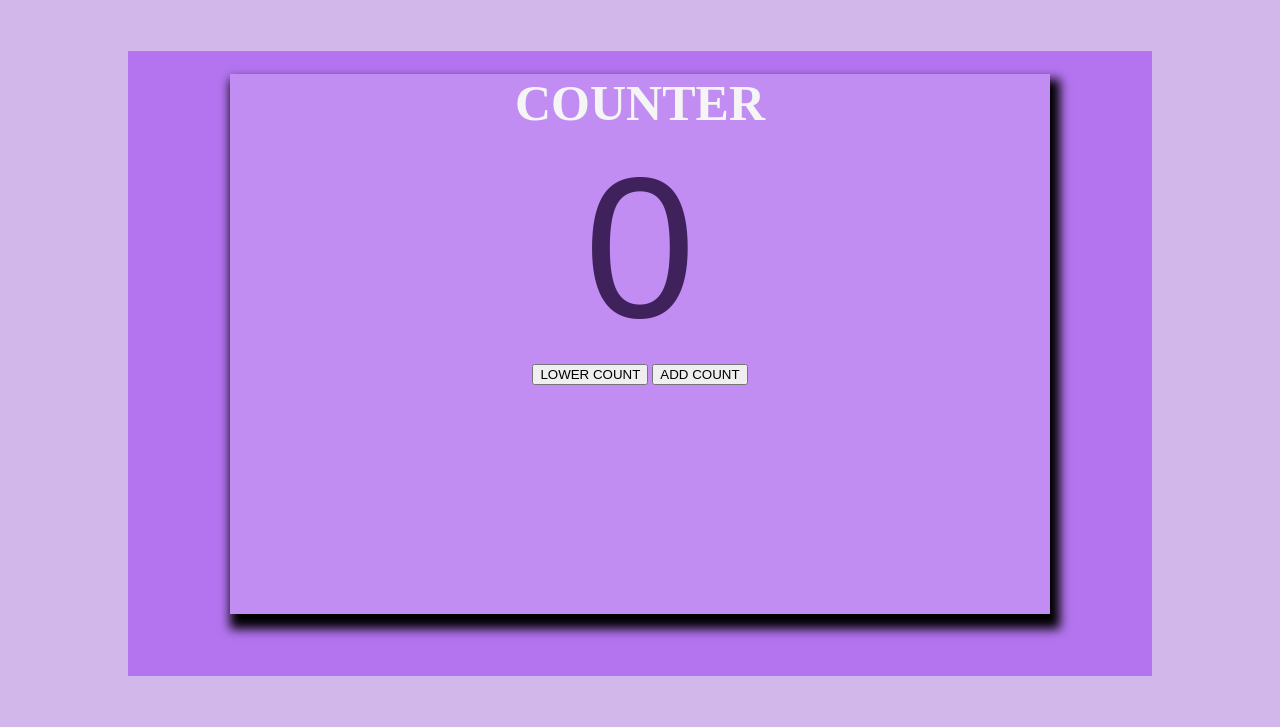
Repository: AnahitKhechumyan/Counter
Page: index.html
The author's editor kept a copy of each file at every save. The page is drawn from the files as they stood at one save, then again after the next save.
The browser window is 1280 px wide. The pictures show the whole page.

Above is the page before, as saved 2022-02-14 17:47:07.

### index.html
<!DOCTYPE html>
<html lang="en">
<head>
    <meta charset="UTF-8">
    <meta http-equiv="X-UA-Compatible" content="IE=edge">
    <meta name="viewport" content="width=device-width, initial-scale=1.0">
    <link rel="stylesheet" href="style.css">
    <script src= "./script.js"></script>
    <title>Document</title>
</head>
<body>
    <div class="container">
        <div class="main">
            <div class="header">COUNTER</div>
            <input type= "text" value = "0"/>
            <div class = "change">
                 <button id ="decrement" type="button">LOWER COUNT</button>
                 <button id ="increment" type="button">ADD COUNT</button>
            </div>
        </div>
    </div>
    <script src= "./script.js"></script>
</body>
</html>

### style.css
body{
    margin: 0;
    background-color: rgb(210, 183, 235);
}
.container{
    background-color: rgb(180, 116, 240);
    width: 80%;
    height: 85vh;
    margin: 4% 10%;
    padding-top: 1%;

}
.main{
    background-color: rgb(194, 141, 243);
    width: 80%;
    height: 75vh;
    margin: 1% 10%;
    box-shadow: 5px 10px 10px 5px;
    text-align: center;
}
.header{
    text-align: center;
    color:whitesmoke;
    font-size: 50px;
    font-weight: 700;
}

input{
    background-color:rgb(194, 141, 243) ;
    width: 20%;
    border:none;
    font-size:200px;
    color:rgb(63, 33, 92);
    text-align: center;
}

#decrement{

}
#increment{

}

Loaded but not shown: script.js (no copy from this time; the picture is the same without it)

After the next save:
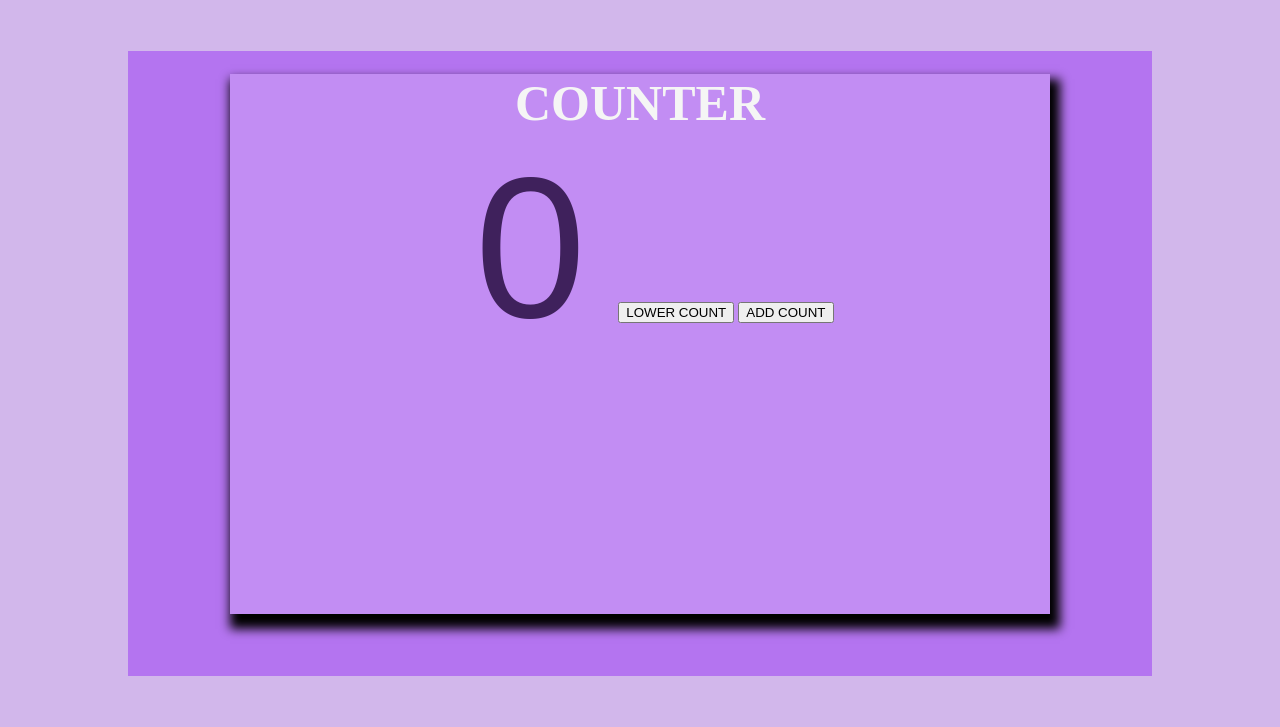
Saved 103 s later.
--- a/style.css
+++ b/style.css
@@ -33,7 +33,10 @@
     color:rgb(63, 33, 92);
     text-align: center;
 }
+ .change{
+   display: inline;
 
+ }
 #decrement{
 
 }

After the 2 saves that followed:
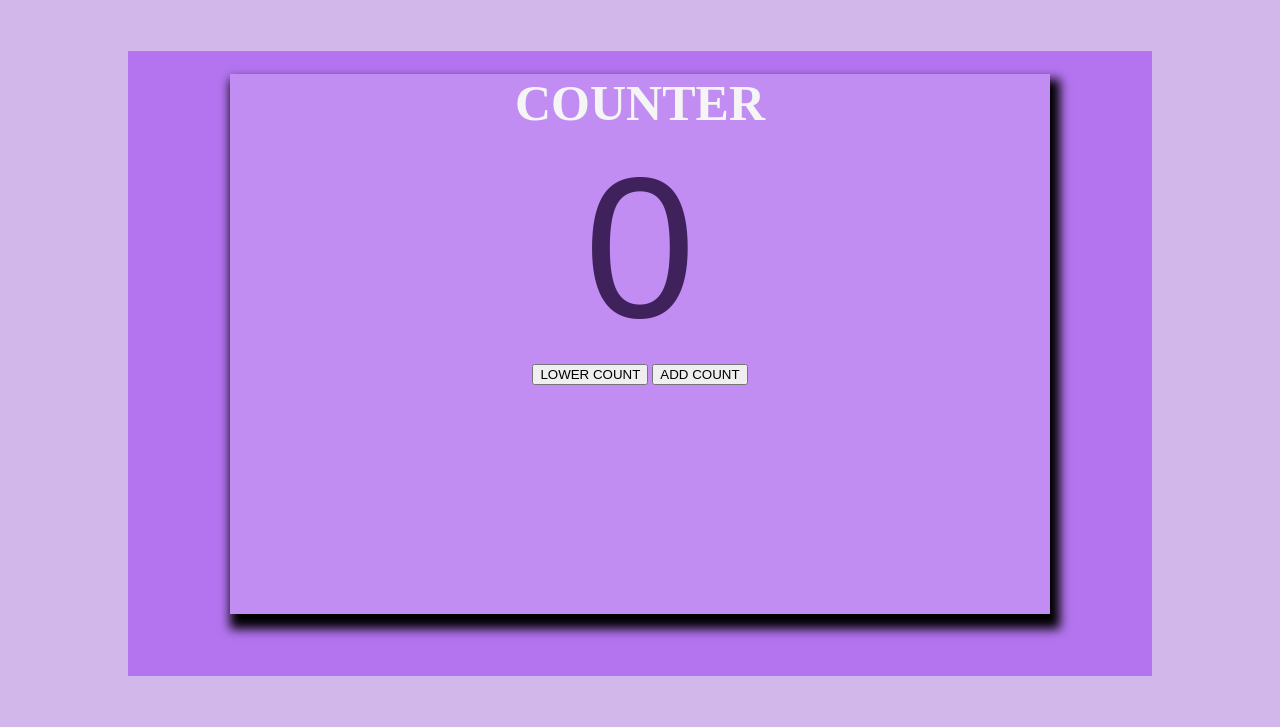
The 2 saves are shown as one change because 1 left the picture as it was.
The last was saved 46 s later.
--- a/style.css
+++ b/style.css
@@ -34,7 +34,7 @@
     text-align: center;
 }
  .change{
-   display: inline;
+   display:block;
 
  }
 #decrement{
